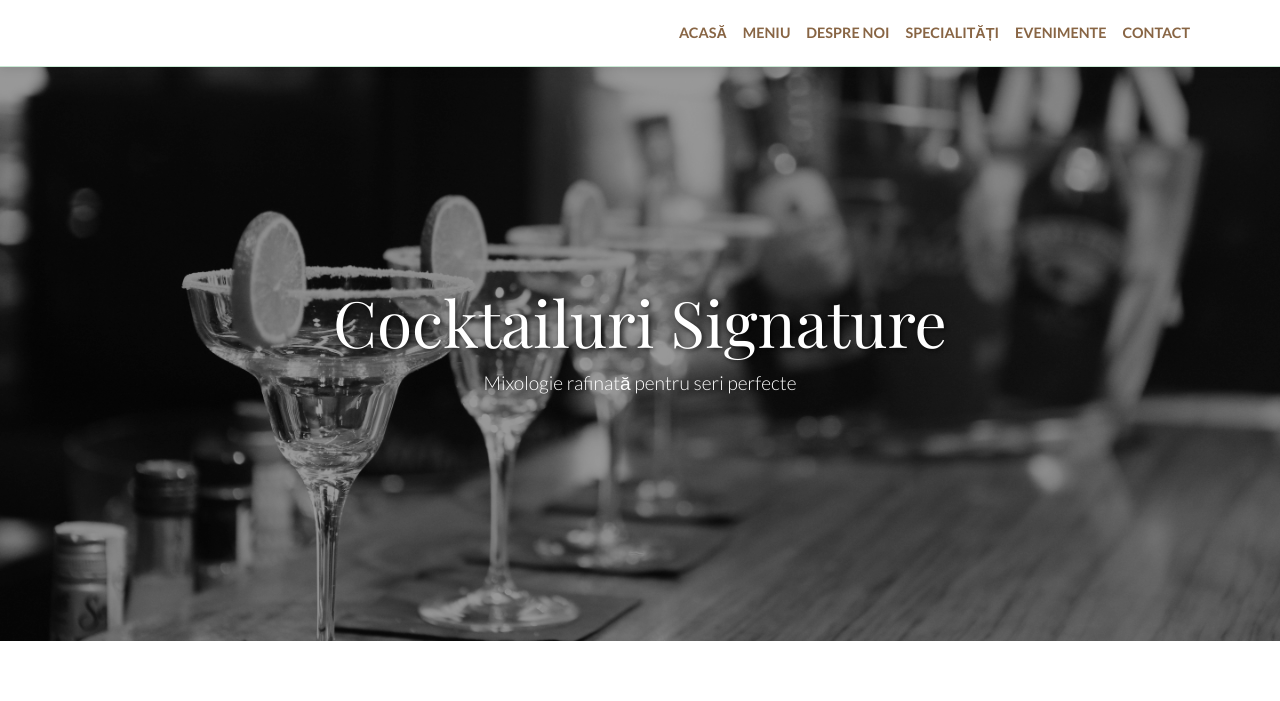
Repository: 912-Comsa-Teodora/bistrot-restaurant
Page: restaurant/index.html
An editor plug-in stored every save of this project. The page is shown before and after the next save, followed by the edit.
The browser window is 1280 px wide. The pictures show the part of the page from y = 0 to 701 px (the page is 2972 px tall).
A picture or video elsewhere on the page could not be fetched, so the positions and the page height are approximate.

Above is the page before, as saved 2026-01-17 14:54:55.

### restaurant/index.html
<!DOCTYPE html>
<html lang="ro">
<head>
    <meta charset="UTF-8">
    <meta name="viewport" content="width=device-width, initial-scale=1.0">
    <meta name="description" content="Cel mai bun restaurant și bar din oraș. Atmosferă unică, meniu select.">
    <meta name="author" content="Numele Tau">

    <title>Bistrot Elegance - Restaurant & Bar</title>

    <link href="https://cdn.jsdelivr.net/npm/bootstrap@5.3.0/dist/css/bootstrap.min.css" rel="stylesheet">
    <link rel="stylesheet" href="https://cdnjs.cloudflare.com/ajax/libs/font-awesome/6.4.0/css/all.min.css">
    <link href="https://fonts.googleapis.com/css2?family=Playfair+Display:wght@400;700&family=Lato:wght@300;400;700&display=swap" rel="stylesheet">

    <style>
        :root {
            /* --- NEW COLOR SCHEME --- */
            --primary-color: #740427; /* Visiniu Toulouse */
            --primary-dark: #50021b;
            --mint-color: #C8EAD3;    /* Accentul Mint */
            --mint-light: #F2F9F4;    /* Mint foarte deschis */
            --text-brown: #886544;    /* Maro-ul pentru text */
            --white: #ffffff;
        }

        body {
            font-family: 'Lato', sans-serif;
            color: var(--text-brown);
            padding-top: 65px;
            background-color: var(--white);
        }

        h1, h2, h3, h4, h5 {
            font-family: 'Playfair Display', serif;
            color: var(--primary-color);
        }

        /* Navigatie (Old Structure, New Colors) */
        .navbar {
            background-color: #fff;
            box-shadow: 0 2px 10px rgba(0,0,0,0.1);
            border-bottom: 1px solid var(--mint-color);
        }

        .navbar-brand img {
            max-height: 40px;
        }

        .nav-link {
            color: var(--text-brown);
            font-weight: 700;
            text-transform: uppercase;
            font-size: 0.9rem;
        }

        .nav-link:hover {
            color: var(--primary-color);
        }

        /* Carousel Custom (Old Structure) */
        #heroCarousel .carousel-item img {
            height: 80vh;
            object-fit: cover;
            filter: brightness(0.6);
        }

        .carousel-caption {
            top: 50%;
            transform: translateY(-50%);
            bottom: auto;
            width: 70%;
            left: 15%;
        }

        .carousel-caption p {
            margin-top: 0;
            margin-bottom: 1.5rem;
            font-size: 1.2rem;
            font-weight: 300;
            color: #fff;
        }

        .carousel-caption h2 {
            font-size: 4rem;
            color: #fff;
            text-shadow: 2px 2px 4px rgba(0,0,0,0.6);
        }

        /* Sectiuni Generale */
        section {
            padding: 80px 0;
        }

        .section-title {
            text-align: center;
            margin-bottom: 50px;
            position: relative;
        }

        .section-title::after {
            content: '';
            display: block;
            width: 60px;
            height: 3px;
            background-color: var(--primary-color);
            margin: 20px auto;
        }

        /* --- SPECIALTIES SECTION STYLES (NEW) --- */
        .bg-mint-gradient {
            background: linear-gradient(180deg, var(--white) 0%, var(--mint-light) 100%);
        }

        .card {
            border: 1px solid var(--mint-color);
            background-color: #fff;
            transition: transform 0.3s;
            box-shadow: 0 5px 15px rgba(0,0,0,0.05);
        }

        .card:hover {
            transform: translateY(-5px);
            border-color: var(--primary-color);
            box-shadow: 0 10px 30px rgba(116, 4, 39, 0.1);
        }

        .card-img-top {
            height: 250px;
            width: 100%;
            object-fit: cover;
            object-position: center;
        }

        .price-tag {
            font-family: 'Playfair Display', serif;
            font-size: 1.4rem;
            font-weight: 700;
            color: var(--primary-color);
        }

        /* Custom Badges (New Colors) */
        .badge-custom-primary {
            background-color: var(--primary-color) !important;
            color: var(--mint-color);
        }

        .badge-custom-mint {
            background-color: var(--mint-color) !important;
            color: var(--primary-color);
            font-weight: 700;
        }

        /* --- EVENTS IMAGES --- */
        @media (min-width: 992px) {
            .event-img-small {
                height: 250px;
                width: 100%;
                object-fit: cover;
            }
            .event-img-large {
                height: calc(500px + 1.5rem);
                width: 100%;
                object-fit: cover;
            }
        }

        /* Footer (Old Structure, New Colors) */
        footer {
            background-color: var(--primary-color); /* Updated to Burgundy */
            color: #fff;
            padding: 60px 0 20px;
            border-top: 5px solid var(--mint-color);
        }

        footer h4 {
            color: var(--mint-color); /* Updated to Mint */
            margin-bottom: 20px;
        }

        footer p, footer i {
            color: rgba(255, 255, 255, 0.9);
        }

        .social-icons a {
            color: #fff;
            font-size: 1.5rem;
            margin-right: 15px;
            transition: color 0.3s;
        }

        .social-icons a:hover {
            color: var(--mint-color);
        }

        hr.bg-light {
             border-color: rgba(255,255,255,0.2);
        }
    </style>
</head>
<body>

    <header id="home">
        <nav class="navbar navbar-expand-lg navbar-light fixed-top">
            <div class="container">
                <a class="navbar-brand" href="index.html">
                    <img src="./pictures/Bistrot-Elegance-Logo.png" alt="Logo Bistrot Elegance">
                </a>

                <button class="navbar-toggler" type="button" data-bs-toggle="collapse" data-bs-target="#navbarContent" aria-controls="navbarContent" aria-expanded="false" aria-label="Toggle navigation">
                    <span class="navbar-toggler-icon"></span>
                </button>

                <div class="collapse navbar-collapse" id="navbarContent">
                    <ul class="navbar-nav ms-auto mb-2 mb-lg-0">
                        <li class="nav-item">
                            <a class="nav-link" href="#home">Acasă</a>
                        </li>
                        <li class="nav-item">
                            <a class="nav-link" href="#meniu">Meniu</a>
                        </li>
                        <li class="nav-item">
                            <a class="nav-link" href="#despre">Despre Noi</a>
                        </li>
                        <li class="nav-item">
                            <a class="nav-link" href="#specialitati">Specialități</a>
                        </li>
                        <li class="nav-item">
                            <a class="nav-link" href="#evenimente">Evenimente</a>
                        </li>
                        <li class="nav-item">
                            <a class="nav-link" href="#contact">Contact</a>
                        </li>
                    </ul>
                </div>
            </div>
        </nav>
    </header>

    <div id="heroCarousel" class="carousel slide" data-bs-ride="carousel">
        <div class="carousel-inner">
            <div class="carousel-item active" data-bs-interval="3000">
                <img src="pictures/restaurant-imagine-principala.jpg" class="d-block w-100" alt="Interior restaurant">
                <div class="carousel-caption d-none d-md-block">
                    <p>Bine ați venit la</p>
                    <h2>Bistrot Elegance</h2>
                    <p>O experiență culinară de neuitat în inima orașului</p>
                </div>
            </div>

            <div class="carousel-item" data-bs-interval="3000">
                <img src="pictures/cover-bauturi.jpg" class="d-block w-100" alt="Bauturi">
                <div class="carousel-caption d-none d-md-block">
                    <h2>Cocktailuri Signature</h2>
                    <p>Mixologie rafinată pentru seri perfecte</p>
                </div>
            </div>

            <div class="carousel-item" data-bs-interval="3000">
                <img src="pictures/cover-mancare.jpg" class="d-block w-100" alt="Mancare">
                <div class="carousel-caption d-none d-md-block">
                    <h2>Gusturi Autentice</h2>
                    <p>Preparate create cu pasiune din ingrediente locale</p>
                </div>
            </div>

            <div class="carousel-item" data-bs-interval="3000">
                <img src="pictures/cover-desert.jpg" class="d-block w-100" alt="Desert">
                <div class="carousel-caption d-none d-md-block">
                    <h2>Deserturi Artizanale</h2>
                    <p>Finalul dulce perfect pentru orice masă</p>
                </div>
            </div>
        </div>
    </div>

    <section id="despre">
        <div class="container">
            <div class="row align-items-center">
                <div class="col-lg-6 mb-4 mb-lg-0">
                    <h2 class="mb-4">Povestea Noastră</h2>
                    <h3 class="mb-3" style="color: var(--text-brown); opacity: 0.8;">Tradiție și modernism din 2010</h3>
                    <p>
                        Situat într-o clădire istorică, <strong>Bistrot Elegance</strong> îmbină arhitectura clasică cu un design interior modern și vibrant. Ne mândrim cu o atmosferă care invită la relaxare și conversație, fiind locul ideal atât pentru întâlniri de afaceri, cât și pentru cine romantice.
                    </p>
                    <p>
                        Filozofia noastră culinară se bazează pe ingrediente locale, proaspete, reinterpretate într-o manieră internațională. Echipa noastră de bucătari pasionați lucrează zilnic pentru a oferi preparate care surprind prin gust și prezentare.
                    </p>
                </div>
                <div class="col-lg-6">
                    <img src="pictures/interior-restaurant.jpg" class="img-fluid rounded shadow" alt="Interior restaurant">
                </div>
            </div>
        </div>
    </section>

    <section id="specialitati" class="bg-mint-gradient">
        <div class="container">
            <h2 class="section-title">Recomandările Chef-ului</h2>
            <div class="row g-4">

                <div class="col-md-6 col-lg-3">
                    <div class="card h-100">
                        <span class="position-absolute top-0 end-0 badge rounded-pill badge-custom-primary m-2">
                            Best Seller
                        </span>
                        <img src="pictures/muschi-de-vita-cu-legume.jpg" class="card-img-top" alt="Vita">
                        <div class="card-body d-flex flex-column">
                            <h4 class="card-title">Mușchi de Vită</h4>
                            <p class="card-text small text-muted">Mușchi de vită fraged la grătar, acompaniat de broccoli și anghinare.</p>
                            <div class="mt-auto d-flex justify-content-between align-items-center">
                                <span class="badge badge-custom-mint">Vită Premium</span>
                                <span class="price-tag">135 RON</span>
                            </div>
                        </div>
                    </div>
                </div>

                <div class="col-md-6 col-lg-3">
                    <div class="card h-100">
                         <span class="position-absolute top-0 end-0 badge rounded-pill badge-custom-primary m-2">
                            Nou
                        </span>
                        <img src="pictures/avocado-gourmet-burger.jpg" class="card-img-top" alt="Burger">
                        <div class="card-body d-flex flex-column">
                            <h4 class="card-title">Avocado Burger</h4>
                            <p class="card-text small text-muted">Chiflă brioche, carne Black Angus, cheddar și avocado.</p>
                            <div class="mt-auto d-flex justify-content-between align-items-center">
                                <span class="badge badge-custom-mint">Burger</span>
                                <span class="price-tag">68 RON</span>
                            </div>
                        </div>
                    </div>
                </div>

                 <div class="col-md-6 col-lg-3">
                    <div class="card h-100">
                        <img src="pictures/vita-cu-fructe-rosii.jpg" class="card-img-top" alt="Vita fructe rosii">
                        <div class="card-body d-flex flex-column">
                            <h4 class="card-title">Vită Fructe Roșii</h4>
                            <p class="card-text small text-muted">File de vită cu sos dulce-acrișor de fructe de pădure.</p>
                            <div class="mt-auto d-flex justify-content-between align-items-center">
                                <span class="badge badge-custom-mint">Signature</span>
                                <span class="price-tag">148 RON</span>
                            </div>
                        </div>
                    </div>
                </div>

                <div class="col-md-6 col-lg-3">
                    <div class="card h-100">
                        <span class="position-absolute top-0 end-0 badge rounded-pill badge-custom-primary m-2">
                            Ofertă
                        </span>
                        <img src="pictures/salmon-poke.jpg" class="card-img-top" alt="Poke">
                        <div class="card-body d-flex flex-column">
                            <h4 class="card-title">Salmon Poke</h4>
                            <p class="card-text small text-muted">Cuburi de somon proaspăt, avocado și orez.</p>
                            <div class="mt-auto d-flex justify-content-between align-items-center">
                                <span class="badge badge-custom-mint">Raw Bar</span>
                                <span class="price-tag">58 RON</span>
                            </div>
                        </div>
                    </div>
                </div>

            </div>
        </div>
    </section>

    <section id="evenimente">
        <div class="container">
            <h2 class="section-title">Evenimente & Atmosferă</h2>
            <div class="row">
                <div class="col-lg-4 mb-4">
                    <h3>Muzică Live & Seri Tematice</h3>
                    <p>În fiecare seară de vineri și sâmbătă, atmosfera este întreținută de artiști locali de jazz și pian.</p>
                    <p>Organizam degustări de vinuri în fiecare ultimă joi din lună. Vă așteptăm să descoperiți soiuri premiate alături de somelierul nostru.</p>
                    <div class="alert alert-info mt-3" style="background-color: var(--mint-light); border-color: var(--mint-color); color: var(--primary-color);">
                        <strong>Rezervare necesară!</strong> Locurile sunt limitate pentru serile de muzică live.
                    </div>
                </div>

                <div class="col-lg-4 col-md-6 mb-4">
                    <img src="pictures/seara-tematica-sushi.jpg" class="img-fluid rounded mb-4 w-100 event-img-small" alt="Live">

                    <img src="pictures/petrecere-privata.jpg" class="img-fluid rounded w-100 event-img-small" alt="Vin">
                </div>

                <div class="col-lg-4 col-md-6">
                    <img src="pictures/seara-de-jazz.jpg" class="img-fluid rounded w-100 event-img-large" alt="Party">
                </div>
            </div>
        </div>
    </section>

    <footer id="contact">
        <div class="container">
            <div class="row">
                <div class="col-md-4 mb-4">
                    <h4>Contact</h4>
                    <p><i class="fas fa-map-marker-alt me-2"></i> Strada Principală Nr. 10, Cluj-Napoca</p>
                    <p><i class="fas fa-phone me-2"></i> +40 722 123 456</p>
                    <p><i class="fas fa-envelope me-2"></i> contact@bistrotelegance.ro</p>
                </div>

                <div class="col-md-4 mb-4">
                    <h4>Program</h4>
                    <p>Luni - Joi: 10:00 - 23:00</p>
                    <p>Vineri - Sâmbătă: 10:00 - 02:00</p>
                    <p>Duminică: 12:00 - 23:00</p>
                </div>

                <div class="col-md-4 mb-4 text-md-end text-start">
                    <h4>Urmărește-ne</h4>
                    <div class="social-icons">
                        <a href="#" aria-label="Facebook"><i class="fab fa-facebook-f"></i></a>
                        <a href="#" aria-label="Instagram"><i class="fab fa-instagram"></i></a>
                        <a href="#" aria-label="TripAdvisor"><i class="fab fa-tripadvisor"></i></a>
                    </div>
                </div>
            </div>

            <hr class="bg-light">

            <div class="row">
                <div class="col-12 text-center">
                    <p class="small mb-0">&copy; 2023 Bistrot Elegance. Toate drepturile rezervate.</p>
                </div>
            </div>
        </div>
    </footer>

    <script src="https://cdn.jsdelivr.net/npm/bootstrap@5.3.0/dist/js/bootstrap.bundle.min.js"></script>
</body>
</html>

After the next save:
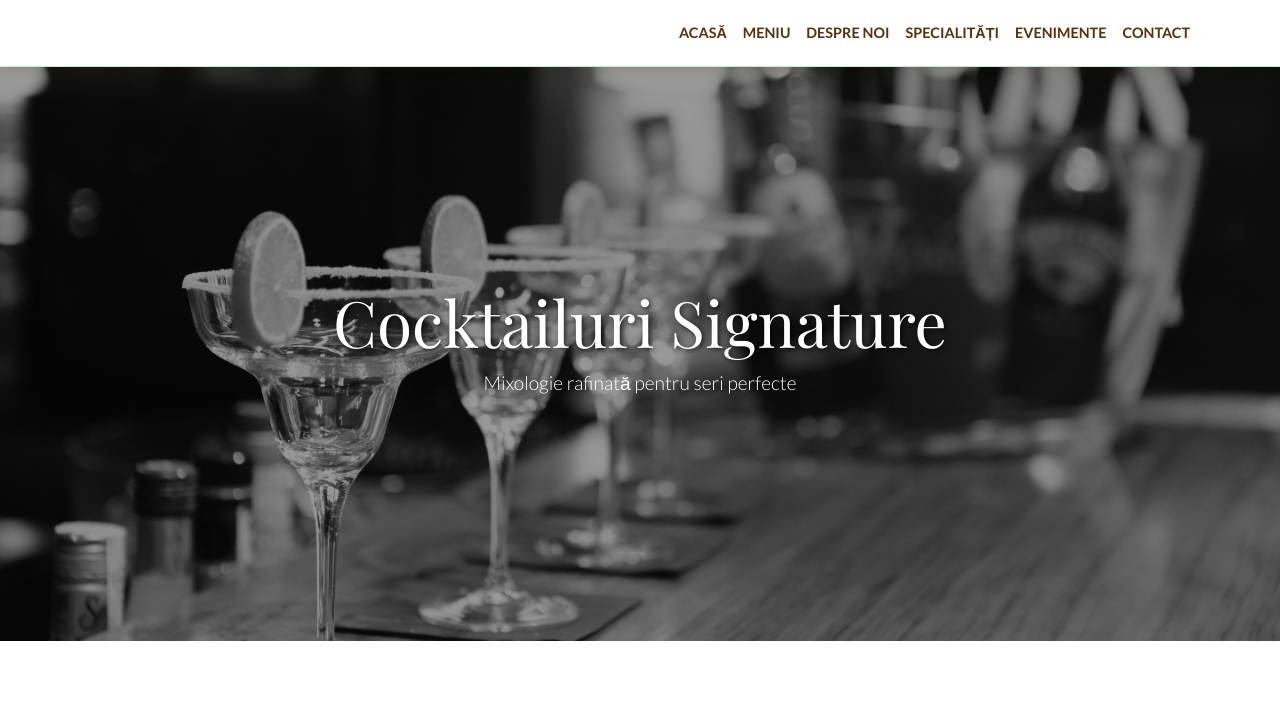
Saved 13 s later.
--- a/restaurant/index.html
+++ b/restaurant/index.html
@@ -19,7 +19,7 @@
             --primary-dark: #50021b;
             --mint-color: #C8EAD3;    /* Accentul Mint */
             --mint-light: #F2F9F4;    /* Mint foarte deschis */
-            --text-brown: #886544;    /* Maro-ul pentru text */
+            --text-brown: #57310e;    /* Maro-ul pentru text */
             --white: #ffffff;
         }
 
